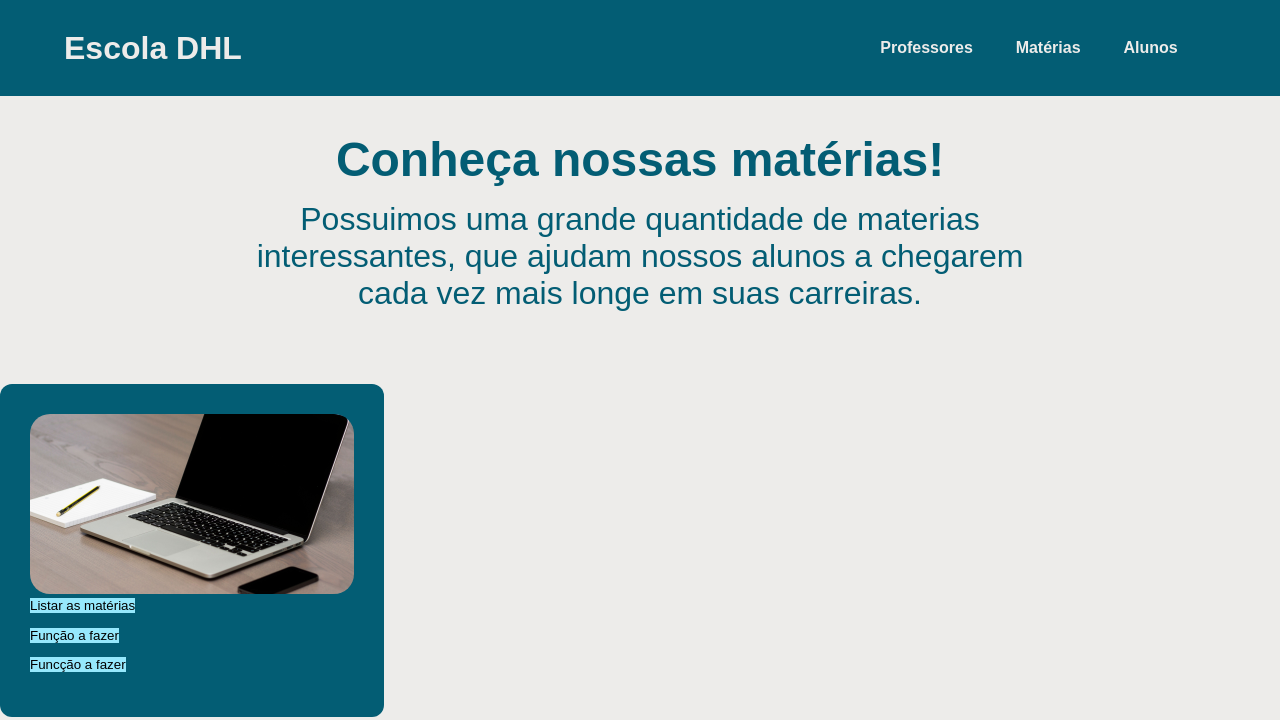
Repository: SirHick/sa-sistema-escola-DHL
Page: front/materias.html
These files come from the project's save history. The page is drawn as it stood at one moment and after the next save; the edit follows.
The browser window is 1280 px wide. The pictures show the whole page.

Above is the page before, as saved 2026-07-17 16:38:14.

### front/materias.html
<!DOCTYPE html>
<html lang="pt-br">
<head>
    <meta charset="UTF-8">
    <meta name="viewport" content="width=device-width, initial-scale=1.0">
    <title>Matérias</title>
    <link rel="stylesheet" href="style.css">
</head>
<body>
    <header>

        <a href="index.html"><h1>Escola DHL</h1></a>

        <nav>
            <a href="">Professores</a>
            <a href="">Matérias</a>
            <a href="">Alunos</a>
        </nav>
    </header>


    <section class = "main-text">
            <h2>Conheça nossas matérias!</h2>

            <p>Possuimos uma grande quantidade de materias interessantes, que
                ajudam nossos alunos a chegarem cada vez mais longe em suas carreiras.
            </p>
    </section>

    <section class = "image-with-buttons">
        <img src="images/laptop.jpg" alt="Um laptop com um caderno e um celular ao lado">

        <button>Listar as matérias</button>
        <button>Função a fazer</button>
        <button>Funcção a fazer</button>
    </section>




    <script src="script.js"></script>
</body>
</html>

### front/style.css
*{
    margin: 0;
    padding: 0;
    box-sizing: border-box;
    object-fit: cover;
    font-family: 'Nunito', sans-serif;
}


body{
    background: #EDECEA;
}


/* ESTILIZAÇÃO PARA A PÁGINA INICIAL*/
.landing-page{
    display: flex;
}


header{
    background: #035D74;
    width: 100vw;
    height: 6rem;
    max-height: 8rem;
    display: grid;
    grid-template-columns: 1fr 1fr;
    align-items: center;
    padding-left: 5vw;
    padding-right: 5vw;
}

header a {
    color: #EDECEA;
    text-decoration: none;
    font-style: none;
}

header nav{
    justify-self: end;

}

header nav a{
    text-decoration: none;
    color: #EDECEA;
    font-weight: 700;
    margin-right: 3vw;
}

.hero-section{
    justify-self: center;
    background-color: #035D74;
    margin-top: 10vh;
    display: grid;
    grid-template-columns: auto auto auto;
    gap: 10px;
    border-radius:12px;
    padding: 30px;
}

.hero-section img{
    width: 15vw;
    border-radius: 20px;
}

.main-text h2{
    margin-bottom: 2vh;
}

.main-text{
    margin-bottom: 3vh;
    color: #035D74;
    text-align: center;
    margin-top: 5vh;
    font-size: 2rem;
    max-width: 60vw;
    justify-self: center;
}


/* ESTILIZAÇÃO PARA A PÁGINA DOS PROFESSORES*/

.image-with-buttons{
    background-color: #035D74;
    margin-top: 10vh;
    border-radius:12px;
    padding: 30px;
    max-width: 30vw;
}

.image-with-buttons img{
    width: 100%;
    height: 25vh;
    border-radius: 20px;
}

.image-with-buttons button{
    background-color: #96E8FC;
    border: none;
    display: block;
    margin-bottom: 2vh;
}

Loaded but not shown: front/script.js (no stored copy; drawn as an empty file)

After the next save:
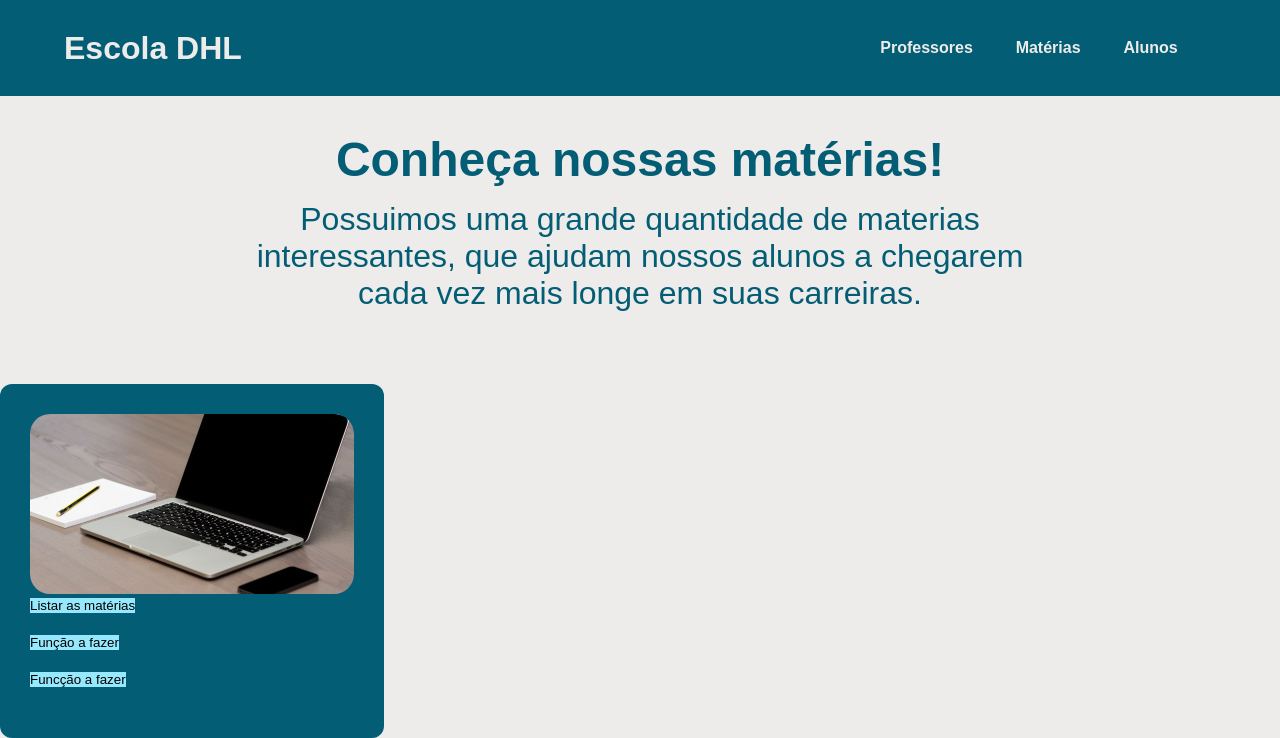
Saved 6 s later.
--- a/front/style.css
+++ b/front/style.css
@@ -99,5 +99,6 @@ header nav a{
     background-color: #96E8FC;
     border: none;
     display: block;
-    margin-bottom: 2vh;
+    margin-bottom: 3vh;
+    height: ;
 }
